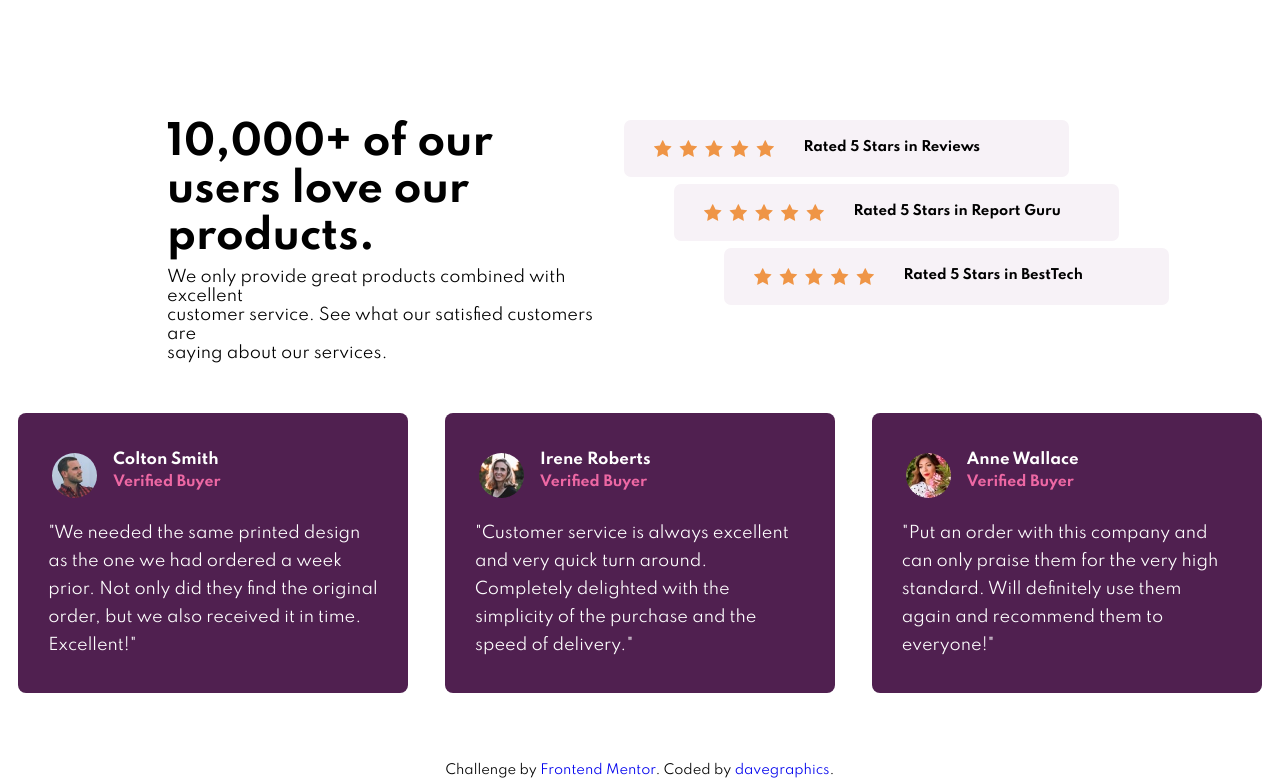
Repository: DejV44/social-proof-section-master
Page: index.html
These files come from the project's save history. The page is drawn as it stood at one moment and after the next save; the edit follows.
The browser window is 1280 px wide. The pictures show the whole page.
The style sheet was rebuilt from its Sass, Less or Tailwind sources for each picture, by a compiler version that may differ from the author's.

Above is the page before, as saved 2021-06-25 21:30:33.

After the next save:
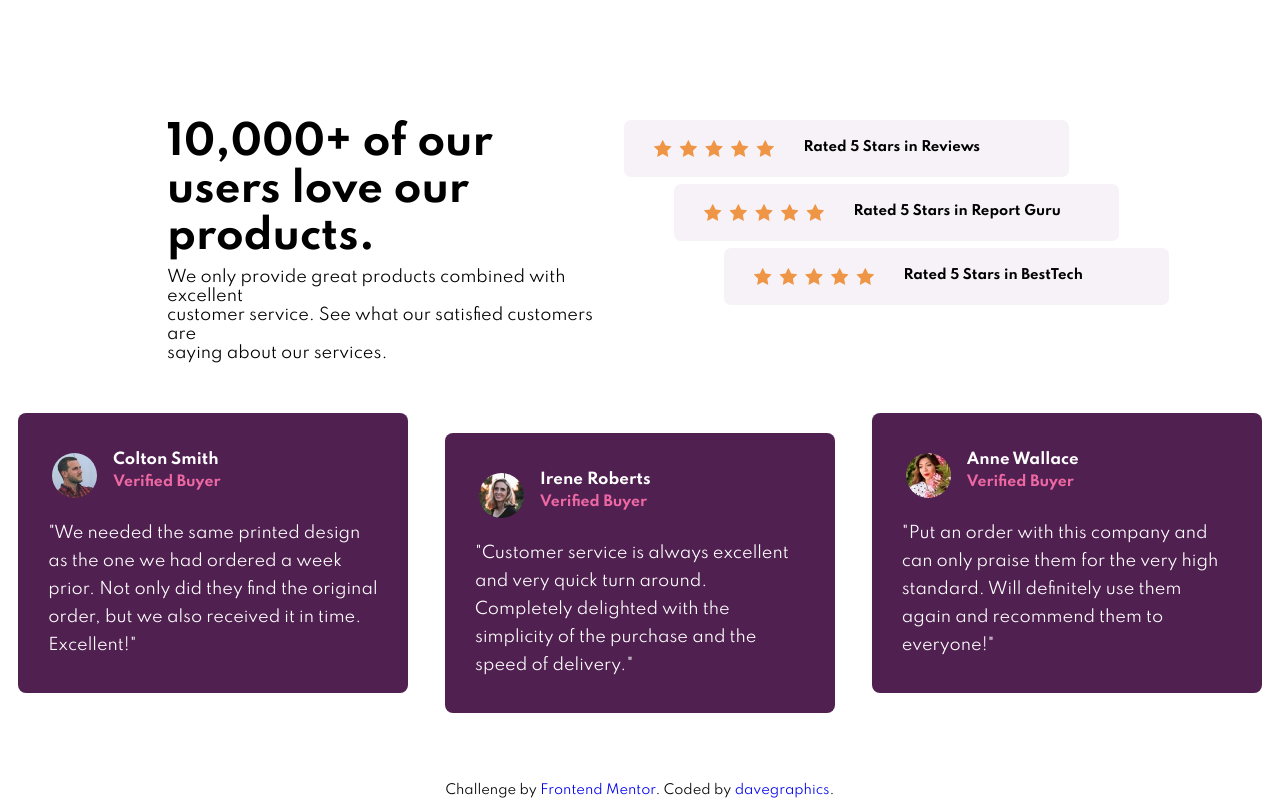
Saved 3 s later.
--- a/index.html
+++ b/index.html
@@ -39,7 +39,7 @@
     </section>
 
     <section class="citate">
-        <ul class="1">
+        <ul class="alfa">
             <li>
                 <div class="identy1">
                     <img src="../img/image-colton.jpg" alt="stars">
@@ -52,7 +52,7 @@
             </li>
         </ul>
 
-        <ul class="2">
+        <ul class="beta">
             <li>
                 <div class="identy2">
                     <img src="../img/image-irene.jpg" alt="stars">
@@ -65,7 +65,7 @@
             </li>
         </ul>
 
-        <ul class=3>
+        <ul class=gama>
             <li>
                 <div class="identy3">
                     <img src="../img/image-anne.jpg" alt="stars">
